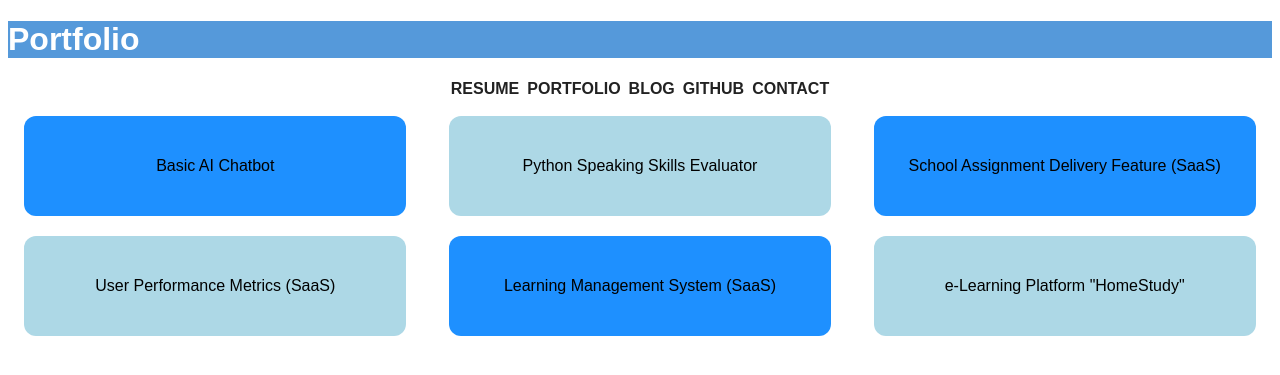
Repository: tokyopdm/tokyopdm.github.io
Page: pages/portfolio.html
The author's editor kept a record of every edit. The page is drawn from the files as they stood at one moment, then again after the next edit.
The browser window is 1280 px wide. The pictures show the whole page.

Above is the page before.

After the next edit:
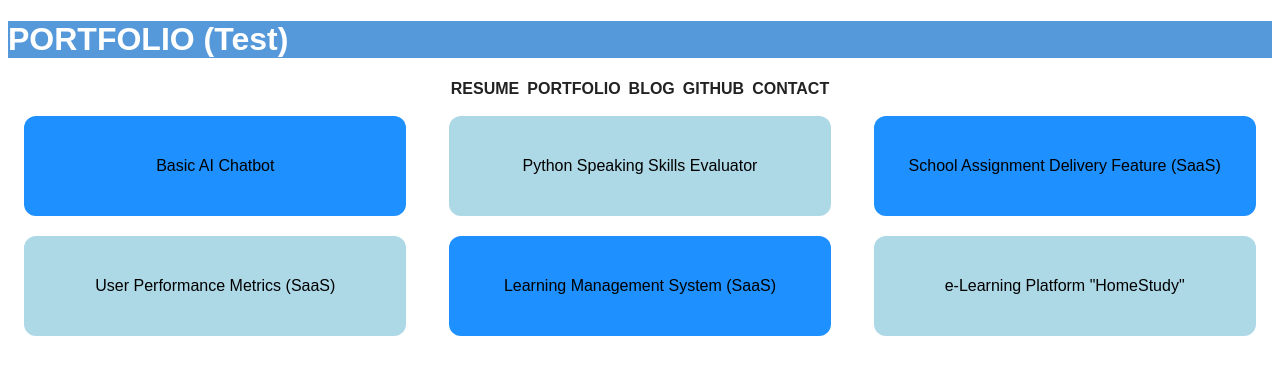
The edit:
--- a/pages/portfolio.html
+++ b/pages/portfolio.html
@@ -10,16 +10,16 @@
     </head>
     <body>
         <div>
-            <h1>Portfolio</h1>
+            <h1>PORTFOLIO (Test)</h1>
         </div>
-            <nav>
-                <a href="cv.pdf" target="_blank">RESUME</a>
-                <a href="pages/portfolio.html">PORTFOLIO</a>
-                <a href="https://medium.com/@tokyopdm" target="_blank">BLOG</a>
-                <a href="https://github.com/tokyopdm/" target="_blank">GITHUB</a>
-                <a href="pages/contact.html">CONTACT</a>
-            </nav>
-            <br>
+        <nav>
+            <a href="cv.pdf" target="_blank">RESUME</a>
+            <a href="pages/portfolio.html">PORTFOLIO</a>
+            <a href="https://medium.com/@tokyopdm" target="_blank">BLOG</a>
+            <a href="https://github.com/tokyopdm/" target="_blank">GITHUB</a>
+            <a href="pages/contact.html">CONTACT</a>
+        </nav>
+        <br>
         <div>
             <ul class="list-tiles">
                 <li>Basic AI Chatbot</li>
